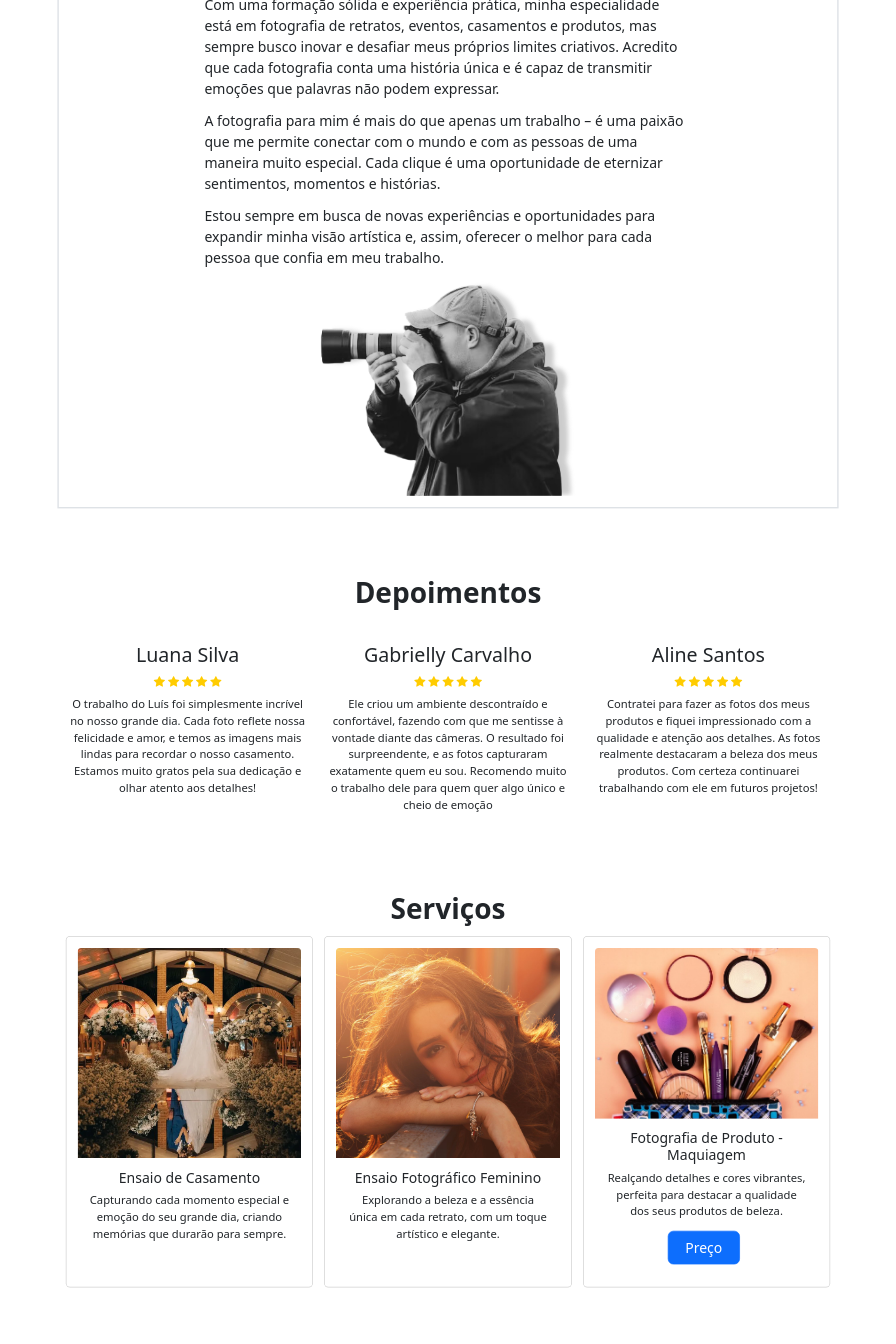
Repository: Marinalr-25/portifolio-fotografia
Page: index.html
These files come from the project's save history. The page is drawn as it stood at one moment and after the next save; the edit follows.
The browser window is 1280 px wide. The pictures show the part of the page from y = 1565 to 3485 px (the page is 3485 px tall), at 70% of full size.
A picture or video elsewhere on the page could not be fetched, so the positions and the page height are approximate.

Above is the page before, as saved 2025-01-20 13:24:08.

After the next save:
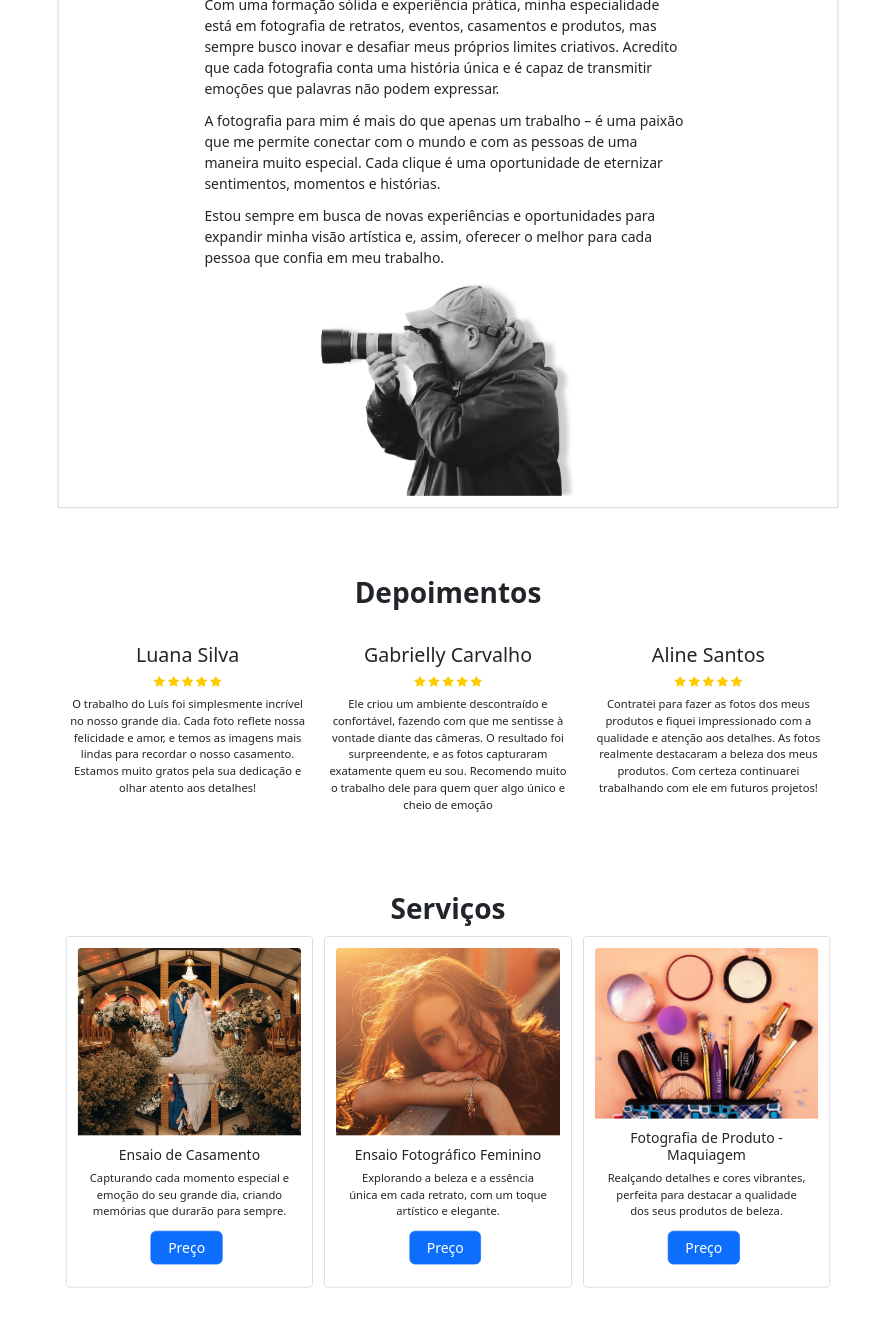
Saved 21 s later.
--- a/index.html
+++ b/index.html
@@ -284,6 +284,9 @@
                 Capturando cada momento especial e emoção do seu grande dia,
                 criando memórias que durarão para sempre.
               </p>
+              <button type="button" class="btn btn-primary btn-lg px-4 me-md-2">
+                Preço
+              </button>
             </div>
           </div>
         </div>
@@ -300,6 +303,9 @@
                 Explorando a beleza e a essência única em cada retrato, com um
                 toque artístico e elegante.
               </p>
+              <button type="button" class="btn btn-primary btn-lg px-4 me-md-2">
+                Preço
+              </button>
             </div>
           </div>
         </div>
